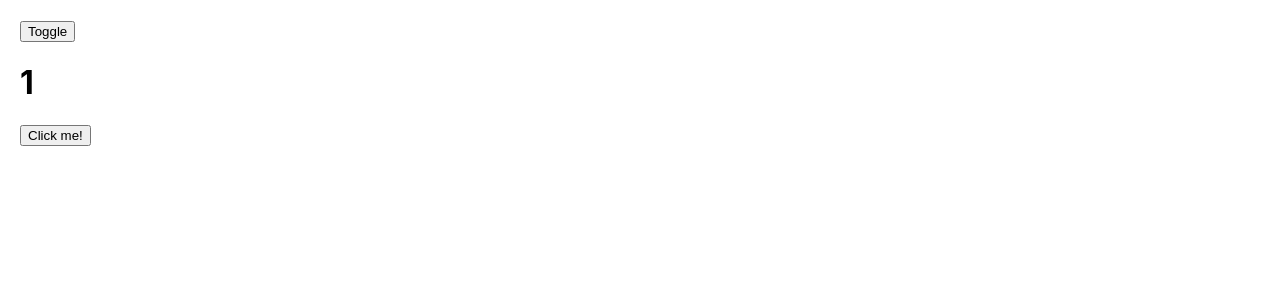
Repository: Kaii-Dev/tiktok
Page: / (app in REACT-BIG/tiktok/tiktok/), after clicking the first element matching `button`
These files come from the project's save history. The page is drawn as it stood at one moment and after the next save; the edit follows.
The browser window is 1280 px wide. The pictures show the whole page.
The project was rebuilt for these pictures with package versions that can differ from the ones it lists, and the page was loaded fresh each time. Also part of the build but not shown: REACT-BIG/tiktok/tiktok/src/MOUNTED/Content.js.

Above is the page before, as saved 2022-04-16 23:56:37.

After the next save:
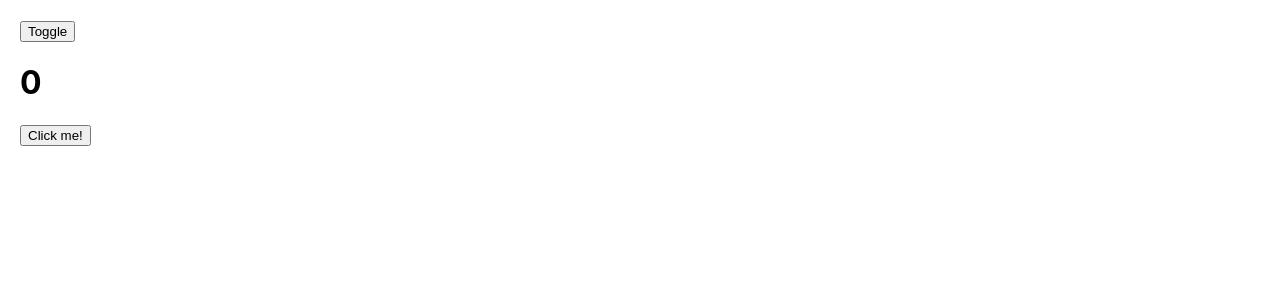
Saved 73 s later.
--- a/REACT-BIG/tiktok/tiktok/src/MOUNTED/Content2.js
+++ b/REACT-BIG/tiktok/tiktok/src/MOUNTED/Content2.js
@@ -1,7 +1,7 @@
 import React, { useEffect, useState } from "react";
 
 const Content2 = () => {
-  const [count, setCount] = useState(1);
+  const [count, setCount] = useState(0);
 
   const handleIncrease = () => {
     setCount(count + 1);
